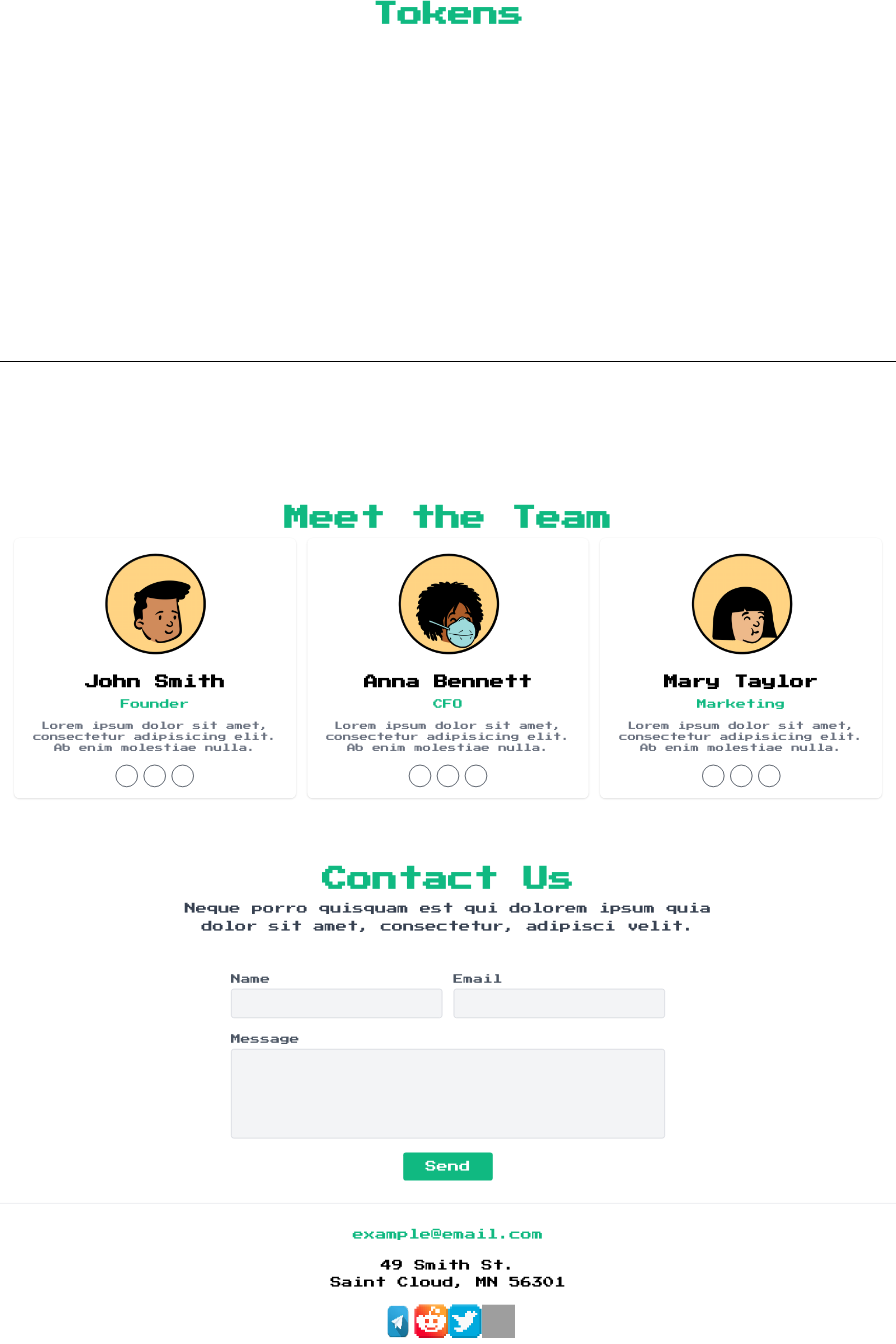
Repository: rhinorphan/phat-landing-page
Page: /
These files come from the project's save history. The page is drawn as it stood at one moment and after the next save; the edit follows.
The browser window is 1280 px wide. The pictures show the part of the page from y = 2388 to 4308 px (the page is 4308 px tall), at 70% of full size.
Pictures or frames that could not be fetched are drawn as grey boxes. The project was rebuilt for these pictures with package versions that can differ from the ones it lists, and the page was loaded fresh each time. Also part of the build but not shown: craco.config.js.

Above is the page before, as saved 2021-11-17 22:55:09.

After the next save:
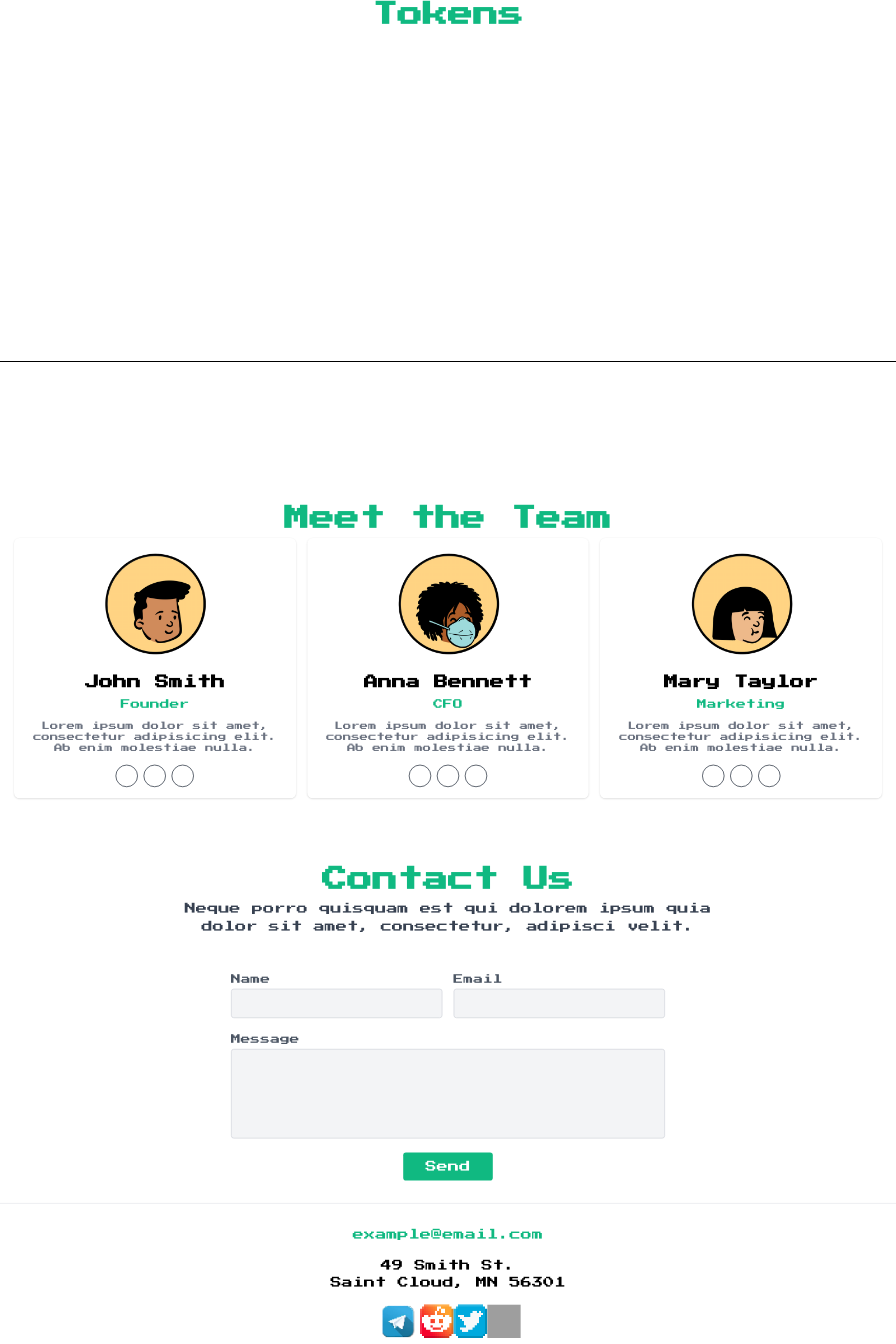
Saved 4 s later.
--- a/src/components/Footer.js
+++ b/src/components/Footer.js
@@ -10,7 +10,7 @@ function Footer() {
         Saint Cloud, MN 56301
       </p>
       <div className="flex flex-row justify-center">
-        <img src={`${process.env.PUBLIC_URL}/assets/images/tg.png`} alt="" className="h-12 w-12 px-2"/>
+        <img src={`${process.env.PUBLIC_URL}/assets/images/tg.png`} alt="" className="h-12 w-12 mx-2"/>
         <img src={`${process.env.PUBLIC_URL}/assets/images/reddit.png`} alt="" className="h-12 w-12"/>
         <img src={`${process.env.PUBLIC_URL}/assets/images/twitter.png`} alt="" className="h-12 w-12"/>
         <img src={`${process.env.PUBLIC_URL}/assets/images/discord.png`} alt="" className="h-12 w-12"/>
